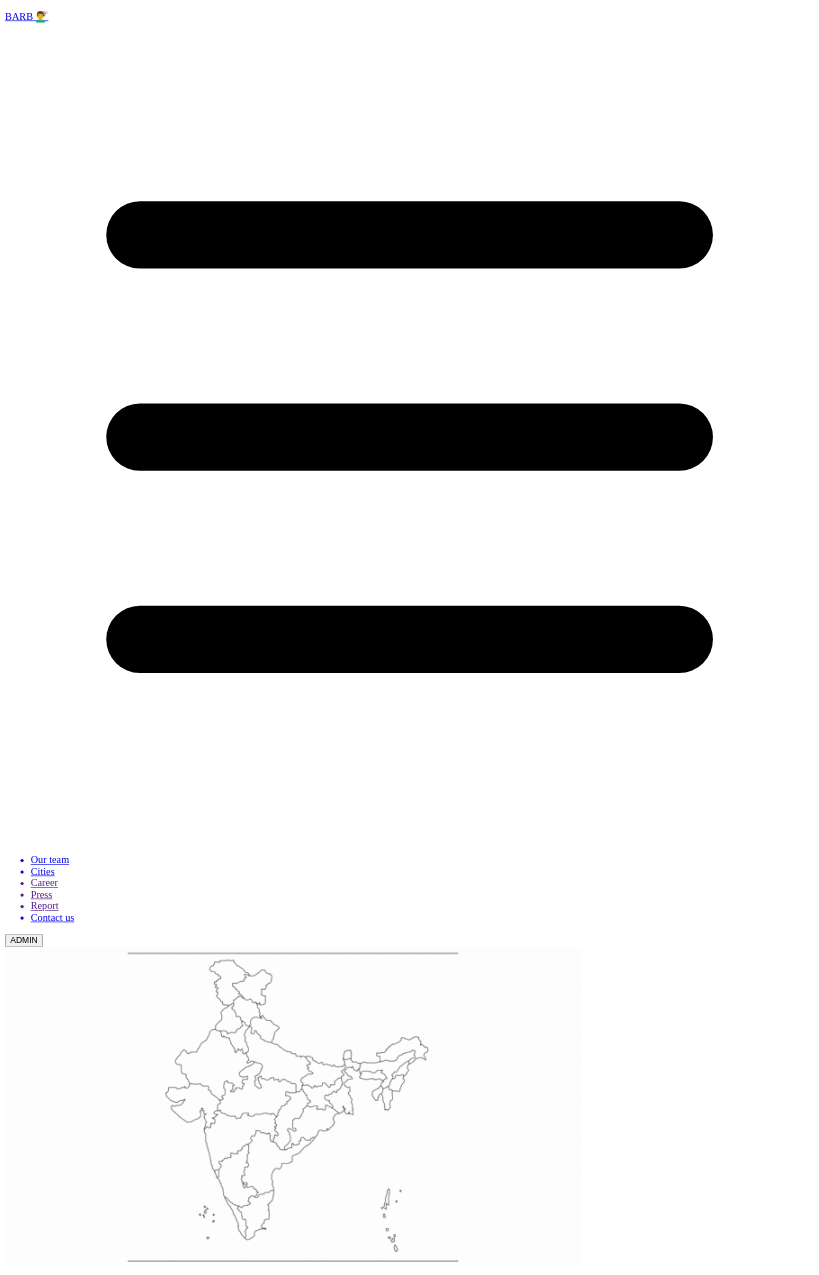
Repository: MinorLeopard/barbweb
Page: /Cities
The author's editor kept a copy of each file at every save. The page is drawn from the files as they stood at one save, then again after the next save.
The browser window is 1280 px wide. The pictures show the whole page, at 64% of full size.
The project was rebuilt for these pictures with package versions that can differ from the ones it lists, and the page was loaded fresh each time. The framework's server and built-in components were replaced by stand-ins that run in the browser. Also part of the build but not shown: components/Dropdown.tsx.

Above is the page before, as saved 2021-12-22 00:26:25.

### pages/_app.js
import 'tailwindcss/tailwind.css'
import Navbar from '../components/Navbar'

function MyApp({ Component, pageProps }) {

  return <>
  <Navbar/>
  <Component {...pageProps} />
  </>
}

export default MyApp

### pages/Cities.tsx
import Image from 'next/image'
const Cities = () => {
    return (
        <>
        <div>
            <Image
              src={require('../images/ggn.gif')}
              height={500}
              width={900}
            />
        </div>
        </>
    )
}

export default Cities

### components/Navbar.js
import { MenuIcon } from '@heroicons/react/outline'
import { useState } from 'react'
import Link from 'next/link'
import Dropdown from './Dropdown.tsx'

const Navbar = () => {
  const [drop, setDrop] = useState(false)
  return (
    <nav className="p-3 sticky bg-white mb-2 z-[99] top-0  flex  max-w-full min-w-max w-full justify-between md:justify-evenly items-center   ">
      <div>
        <Link href="/">
          <p className="text-4xl cursor-pointer">BARB 💇‍♂️</p>
        </Link>
      </div>
      <div>
        <div className="flex flex-col md:hidden">
          <MenuIcon
            onClick={() => {
              if (drop == true) {
                setDrop(false)
              } else {
                setDrop(true)
              }
            }}
            className="transition-all transform cursor-pointer h-7 w-7 md:hidden"
          />
          <div className="">{drop ? <Dropdown /> : null}</div>
        </div>

        <ul className="hidden space-x-5 md:flex">

          <a href="/ourTeam">

            <li className="transition-all duration-150 transform hover:scale-105 hover:underline">
              Our team
            </li>
          </a>
          <a href="/Cities">
            <li className="transition-all duration-150 transform hover:scale-105 hover:underline">
              Cities
            </li>
          </a>
          <a href="">
            <li className="transition-all duration-150 transform hover:scale-105 hover:underline">
              Career
            </li>
          </a>
          <a href="">
            <li className="transition-all duration-150 transform hover:scale-105 hover:underline">
              Press
            </li>
          </a>
          <a href="">
            <li className="transition-all duration-150 transform hover:scale-105 hover:underline">
              Report
            </li>
          </a>

          <a href="/contactUs">
            <li className="transition-all duration-150 transform hover:scale-105 hover:underline">
              Contact us
            </li>
          </a>
        </ul>
      </div>

      <div>
        <a href="/login" className="">

        <button class="bg-gray-500 hover:bg-gray-700 text-white font-bold py-2 px-4 rounded">
  ADMIN
</button>
        </a>
      </div>
    </nav>
  )
}

export default Navbar

After the next save:
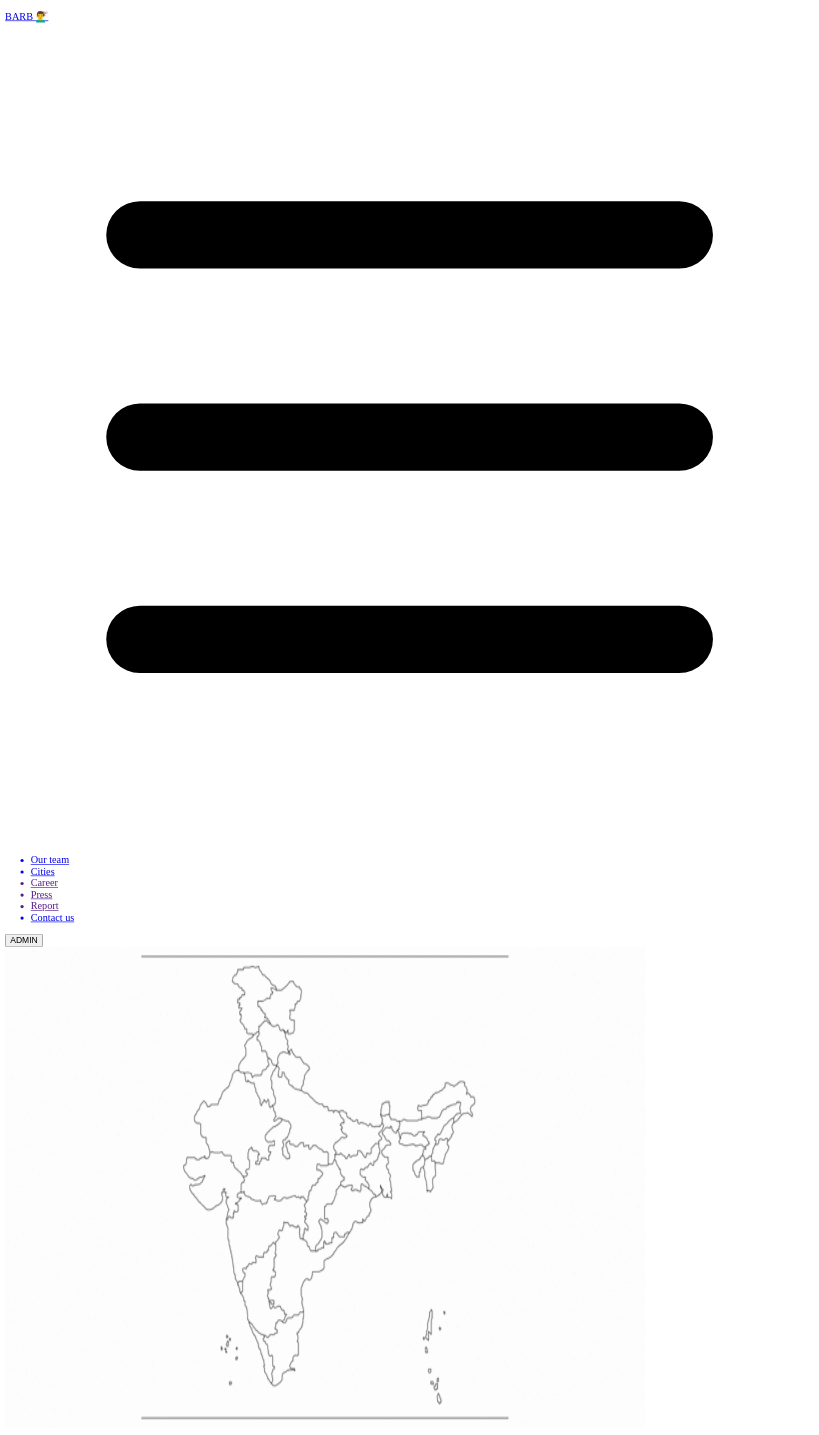
Saved 22 s later.
--- a/pages/Cities.tsx
+++ b/pages/Cities.tsx
@@ -5,8 +5,8 @@
         <div>
             <Image
               src={require('../images/ggn.gif')}
-              height={500}
-              width={900}
+              height={750}
+              width={1000}
             />
         </div>
         </>
